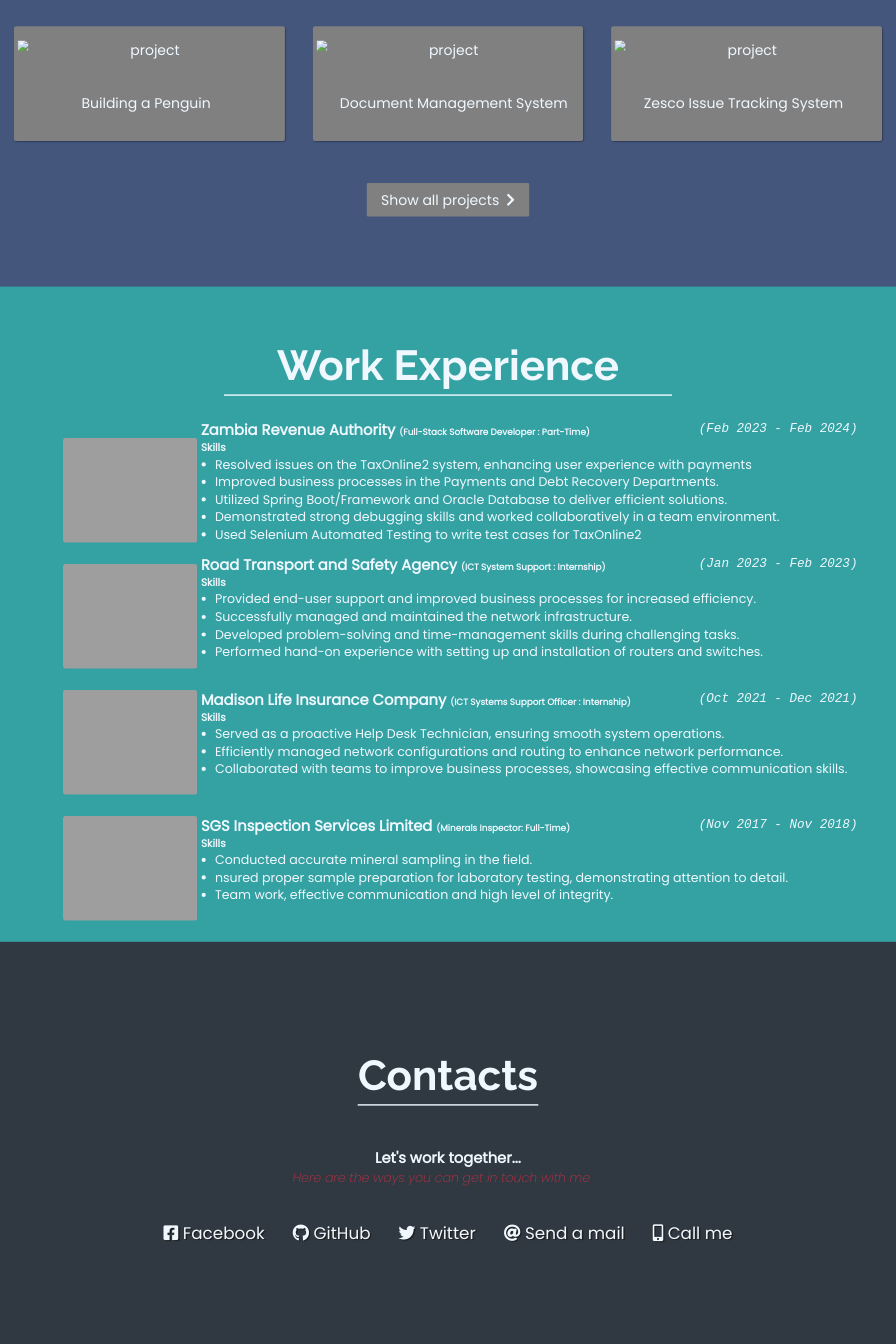
Repository: Lungdjos/personal_portifolio
Page: html/index.html
These files come from the project's save history. The page is drawn as it stood at one moment and after the next save; the edit follows.
The browser window is 1280 px wide. The pictures show the part of the page from y = 1188 to 3108 px (the page is 3214 px tall), at 70% of full size.
Pictures or frames that could not be fetched are drawn as grey boxes. Some web libraries are served in a nearby version.

Above is the page before, as saved 2024-02-04 02:51:30.

After the next save:
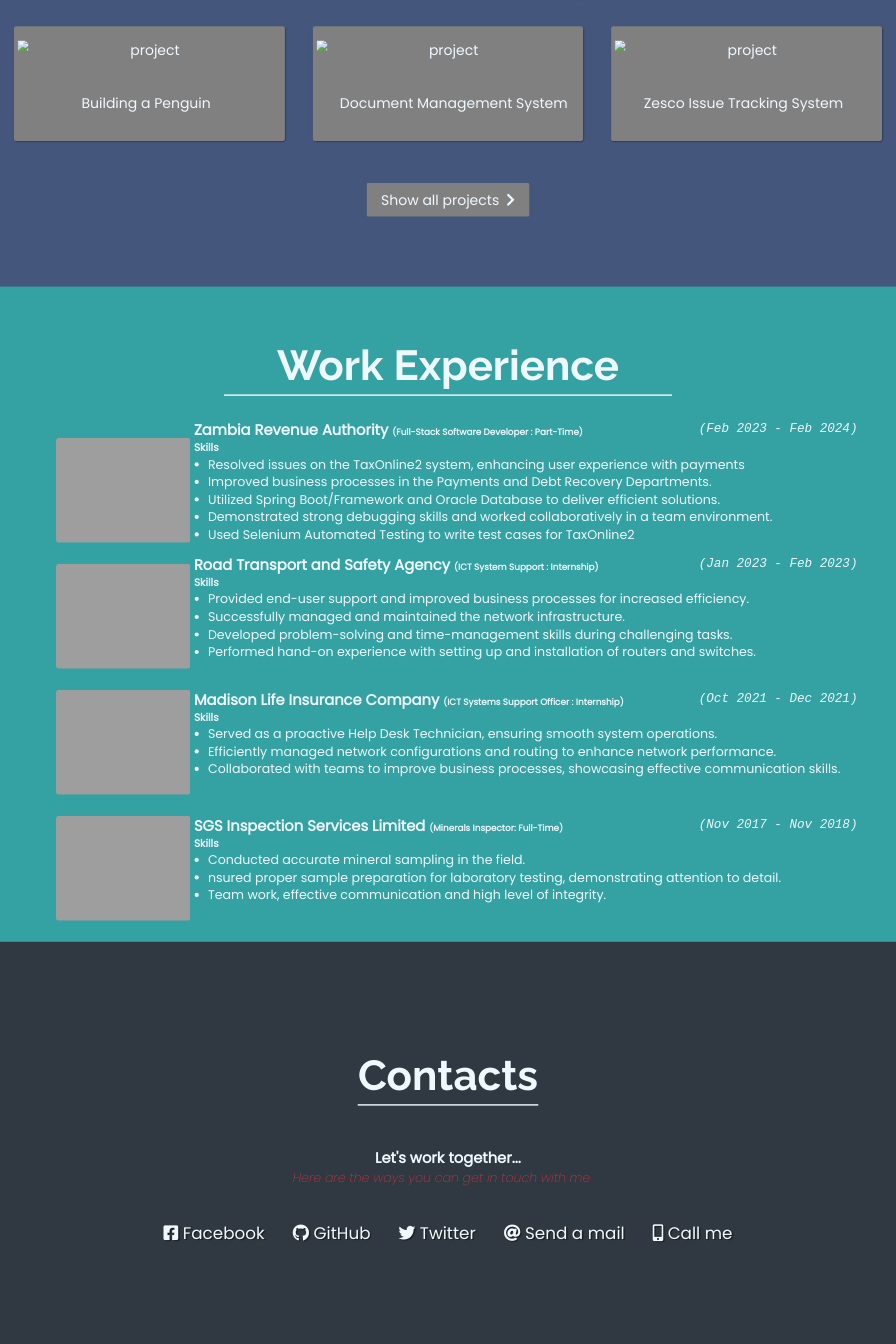
Saved 17 s later.
--- a/css/styles.css
+++ b/css/styles.css
@@ -303,7 +303,7 @@ main li {
 #grid {
     display: flex;
     margin: 3rem;
-    margin-left: 7rem;
+    margin-left: 6rem;
 }
 
 .experience {
